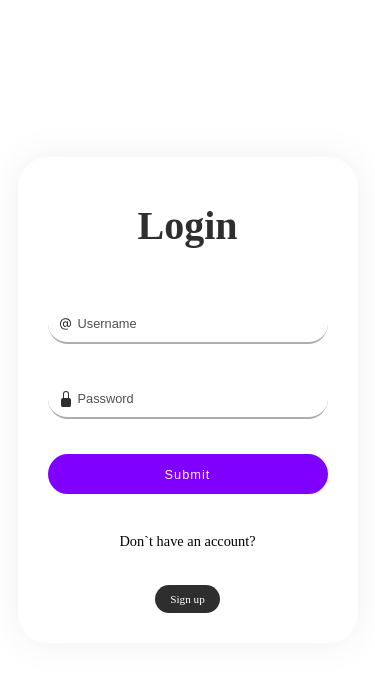
Repository: sharmisthak16/Student-Assignment
Page: /LoginForm (app in my-project/)
The author's editor kept a copy of each file at every save. The page is drawn from the files as they stood at one save, then again after the next save.
The browser window is 375 px wide. The pictures show the whole page.
The project was rebuilt for these pictures with package versions that can differ from the ones it lists, and the page was loaded fresh each time. Also part of the build but not shown: my-project/vite.config.js, my-project/src/components/Dashboard.css, my-project/src/components/Dashboard.jsx, my-project/src/components/HomeButtons.css, my-project/src/components/HomeButtons.jsx, my-project/src/Pages/Home.jsx, my-project/src/components/StudentTable.css, my-project/src/components/StudentTable.jsx and 3 more.

Above is the page before, as saved 2025-01-31 04:26:40.

After the next save:
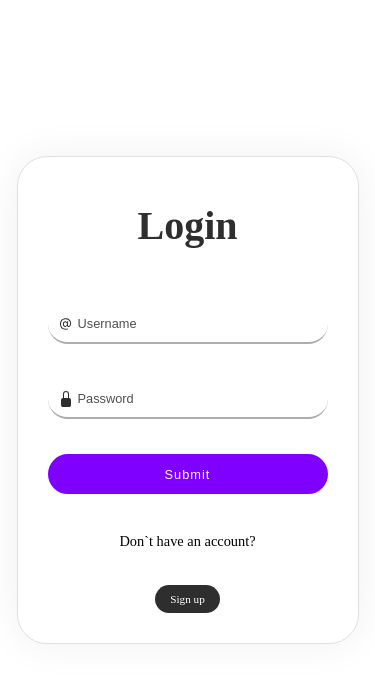
Saved 2 min 36 s later.
--- a/my-project/src/components/AddStudentModal.css
+++ b/my-project/src/components/AddStudentModal.css
@@ -1,5 +1,3 @@
-/* AddStudentModal.css */
-
 /* General form styling */
 form {
   display: flex;
@@ -7,10 +5,11 @@ form {
   gap: 15px;
   max-width: 400px;
   margin: 0 auto;
-  padding: 20px;
-  background-color: #f9f9f9;
+  padding: 25px;
+  background-color: #ffffff;
   border-radius: 8px;
-  box-shadow: 0 4px 8px rgba(0, 0, 0, 0.1);
+  box-shadow: 0 6px 12px rgba(0, 0, 0, 0.1);
+  border: 1px solid #e0e0e0;
 }
 
 /* Label and input field styling */
@@ -18,65 +17,70 @@ label {
   font-weight: bold;
   font-size: 14px;
   margin-bottom: 5px;
+  color: #333;
 }
 
 input, select, textarea {
-  padding: 8px;
+  padding: 12px;
   font-size: 14px;
-  border: 1px solid #ddd;
-  border-radius: 5px;
+  border: 1px solid #ccc;
+  border-radius: 6px;
   width: 100%;
   box-sizing: border-box;
+  background-color: #fafafa;
+  color: #333;
 }
 
 /* Focus effect */
 input:focus, select:focus, textarea:focus {
   outline: none;
-  border-color: #4CAF50;
+  border-color: #5c6bc0;  /* Subtle blue for focus */
+  box-shadow: 0 0 0 2px rgba(92, 107, 192, 0.2);  /* Light blue glow on focus */
 }
 
 /* Button styling */
 .submit-button {
-  background-color: #4CAF50; /* Green background */
+  background-color: #00796b; /* Teal background */
   color: white;              /* White text */
-  padding: 10px 20px;        /* Padding */
+  padding: 12px 20px;        /* Padding */
   border: none;              /* Remove border */
-  border-radius: 5px;        /* Rounded corners */
+  border-radius: 6px;        /* Rounded corners */
   cursor: pointer;          /* Pointer cursor on hover */
   font-size: 16px;           /* Font size */
-  transition: background-color 0.3s ease; /* Smooth background color transition */
+  transition: background-color 0.3s ease, transform 0.2s ease; /* Smooth transition */
   width: 100%;
   box-sizing: border-box;
 }
 
 .submit-button:disabled {
-  background-color: #ddd;    /* Light gray background when disabled */
-  cursor: not-allowed;       /* Disable cursor */
+  background-color: #b2dfdb;  /* Light teal when disabled */
+  cursor: not-allowed;        /* Disable cursor */
 }
 
 .submit-button:hover:not(:disabled) {
-  background-color: #45a049; /* Darker green on hover */
+  background-color: #004d40; /* Darker teal on hover */
+  transform: translateY(-2px); /* Slight lift effect on hover */
 }
 
 /* Textarea specific styling */
 textarea {
   resize: vertical;  /* Allow resizing only vertically */
-  height: 100px;
+  height: 120px;
 }
 
 /* Spacing for input elements */
 input, select, textarea {
-  margin-bottom: 10px;
+  margin-bottom: 12px;
 }
 
-/* Responsiveness for mobile view */
+/* Responsive styling for smaller screens */
 @media (max-width: 600px) {
   form {
-    padding: 15px;
+    padding: 20px;
     width: 90%;
   }
 
   .submit-button {
-    padding: 12px;
+    padding: 14px;
   }
 }
